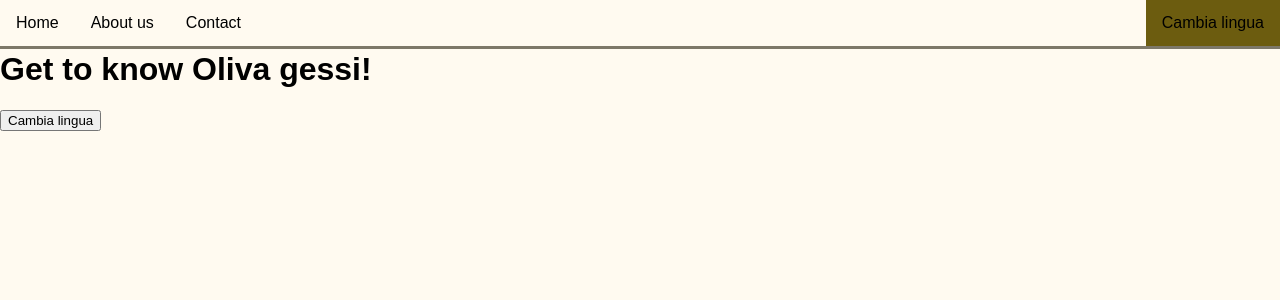
Repository: Seaside-Jokers/Oliva-gessi
Page: index.html
These files come from the project's save history. The page is drawn as it stood at one moment and after the next save; the edit follows.
The browser window is 1280 px wide. The pictures show the whole page.

Above is the page before, as saved 2026-02-16 19:30:55.

After the next save:
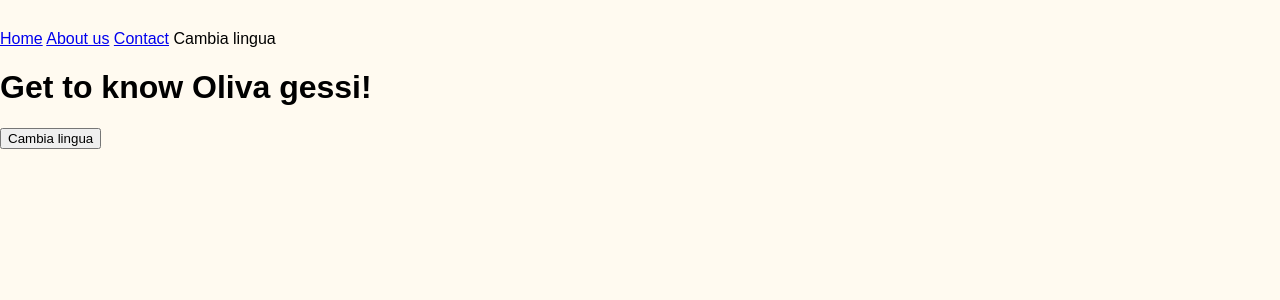
Saved 89 s later.
--- a/src/style.css
+++ b/src/style.css
@@ -13,33 +13,7 @@ body {
 /* -------------------------------------------------------------------------- */
 /*                                   NAVBAR                                   */
 /* -------------------------------------------------------------------------- */
-/* Container NavBar */
-nav.navbar {
-    display: flex;
-    overflow: hidden;
-    background-color: var(--colors-surface);
-    outline: 3px solid var(--colors-outline);
-    position: fixed;
-    top: 0;
-    width: 100%;
-}
-/* Pulsanti della NavBar */
-a.nav-button {
-    color: var(--colors-onSurface);
-    text-decoration: none;
-    padding: 14px 16px;
-    display: block;
-}
-/* Pulsante per il cambio lingua */
-a.nav-button.change-language {
-    background-color: var(--colors-primary);
-    color: var(--colors-onPrimary);
-    border: none;
-    padding: 0px, 20px;
-    cursor: pointer;
-    font-size: 16px;
-    margin-left: auto;
-}
+
 
 /*
     Fonts: https://ctrl-z.it/9-font-architettura-tavole-portfolio https://material-f/
